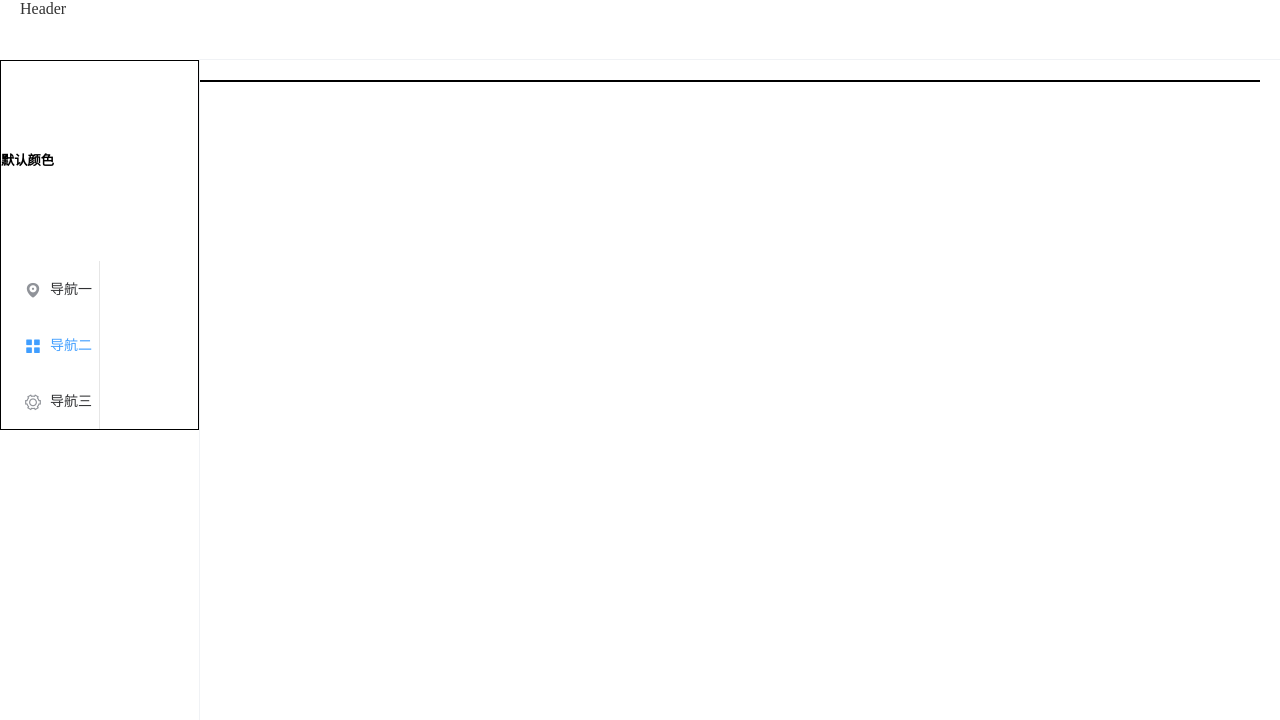
Repository: noob-injoker/router-slots-cw-ee
Page: /
The author's editor kept a copy of each file at every save. The page is drawn from the files as they stood at one save, then again after the next save.
The browser window is 1280 px wide. The pictures show the whole page.
The project was rebuilt for these pictures with package versions that can differ from the ones it lists, and the page was loaded fresh each time. Also part of the build but not shown: vue.config.js, src/views/Home.vue.

Above is the page before, as saved 2020-08-30 07:48:24.

### src/main.js
import Vue from 'vue'
import App from './App.vue'
import router from './router'
import store from './store'
import './bus'
import ElementUI from 'element-ui'
import 'element-ui/lib/theme-chalk/index.css'

Vue.use(ElementUI)

Vue.config.productionTip = false

new Vue({
  router,
  store,
  render: h => h(App)
}).$mount('#app')

### src/App.vue
<template>
<div id="app">

  <router-view />

</div>
</template>

<style>
@import './styles/styles.scss';
@import './styles/common.scss';
</style>

### src/router/index.js
import Vue from 'vue'
import VueRouter from 'vue-router'
import Home from '../views/Home.vue'
import Layout from '../views/Layout.vue'

Vue.use(VueRouter)

  const routes = [
    {
      path: '/',
      name: 'Layout',
      component: Layout,
      children: [

        {
          path: 'Home',
          name: 'Home',
          component: Home
        }
        // ,
        // {
        //   path: 'cata',
        //   name: 'cata',
        //   component: () => import('../views/cata.vue')
        // }
      ]

    },
    {
      path:'/Login',
      name:"Login",
      component: () => import('../views/Login.vue'),
      meta:{
        title:'登录'
      }
    },
  // ,
  // {
  //   path: '/about',
  //   name: 'About',
  //   // route level code-splitting
  //   // this generates a separate chunk (about.[hash].js) for this route
  //   // which is lazy-loaded when the route is visited.
  //   component: () => import(/* webpackChunkName: "about" */ '../views/About.vue')
  // }

]

const router = new VueRouter({
  mode: 'history',
  base: process.env.BASE_URL,
  routes
})

export default router

### src/store/index.js
import Vue from 'vue'
import Vuex from 'vuex'
import user from './user/user'

Vue.use(Vuex)

export default new Vuex.Store({
  state: {
    some:""
  },
  mutations: {
    setSome(state,data){
      state.some = data
    }
  },
  actions: {
  },
  modules: {
    user
  }
})

### src/bus/index.js
import Vue from 'vue'
const bus = new Vue()
Vue.prototype.$bus = bus

### src/styles/styles.scss
.username .el-form-item__label,.password .el-form-item__label{
    text-align: left;
}
.button-box .el-button--primary{
    width: 160px;
}

### src/styles/common.scss
*{
  margin: 0px;
  padding: 0px;
}

.df{
  display: flex;
}
.f-1{
  flex: 1;
}
.j-center{
  display: flex;
  justify-content: center;

}
.j-bettween{
  display: flex;
  justify-content: space-between;

}
.j-around{
  display: flex;
  justify-content: space-around;
}
.j-end{
  display: flex;
  justify-content: flex-end;
}
.a-center{
  align-items: center;
}
.f-column{
  display: flex;
  flex-direction: column;
}
.p-r{
  position: relative;
}
.p-a{
  position: absolute;
}

.r1{
  border: 1px solid red;
}
.y1{
  border: 1px solid yellow;
}
.b1{
  border: 1px solid black;
}

.l-height32{
  line-height: 32px;
}
.w100{

  width: 100%;

}
.t-center{
  text-align: center;

}
.f12{
  font-size: 12px;
}

.w1170{
  width: 1170px;
}
.h100{
  height: 100px;
}
.h70{
  height: 70px;
}
.h436{
  height: 436px;
}
.h350{
  height: 350px;
}
.w1070{
  width: 1070px;
}
.h1590{
  height: 1590px;
}
.h726{
  height: 726px;
}
.w1054{
  width: 1054px;
}
.h160{
  height: 160px;
}
.w732{
  width: 732px;
}
.b2{
  border: 2px solid black;
}
.h434{
  height: 434px;

}
.h600{
  height: 600px;
}
.w1078{
  width: 1078px;
}
.h362{
  height: 362px;
}
.fs16{
  font-size: 16px;
}
.w652{
  width: 652px;

}
.h82{
  height: 82px;
}
.w1064{
  width: 1064px;
}
.h352{
  height: 352px;
}
.w286{
  width: 286px;
}
.h22{
  height: 22px;
}
.w290{
  width: 290px;
}
.h330{
  height: 330px;
}
.mt40{
  margin-top: 40px;
}
.h724{
  height: 724px;
}
.h630{
  height: 630px;

}
.w1058{
  width: 1058px;
}
.h160{
  height: 160px;
}
.w290{
  width: 290px;
}
.w738{
  width: 738px;
}
.w1170{
  width: 1170;
}
.h468{
  height: 468px;
}
.mt20{
  margin-top: 20px;
}
.h318{
  height: 318px;
}
.w652{
  width: 652px;
}
.w370{
  width: 370px;
}
.h314{
  height: 314px;
}
.g1{
  border: 1px solid gray;
}
.w146{
  width: 146px;
}
.box_content3_pic img{
  width: 100%;
  height: 100%;
}
.w488{
  width: 488px;
}
.h420{
  height: 420px;
}
.h234{
  height: 234px;
}
.w950{
  width: 950px;
}
.h68{
  height: 68px;
}
.w124{
  width: 124px;
}
.h50{
  height: 50px;
}
.w190{
  width: 190px;
}
.h44{
  height: 44px;
}
.w184{
  width: 184px;
}
.h32{
  height: 32px;
}
.h400{
  height: 400px;
}
.w1200{
  width: 1200px;
}
.w950{
  width: 950px;

}
.h630{
  height: 630px;
}
.h188{
  height: 188px;
}
.h380{
  height: 380px;
}
.h335{
  height: 335px;
}
.h138{
  height: 138px;
}
.w238{
  width: 238px;
}
.h668{
  height: 668px;
}
.h446{
  height: 446px;
}
.w460{
  width: 460px;
}
.w140{
  width: 140px;
}
.h140{
  height: 140px;
}
.w320{
  width: 320px;
}
.w950{
  width: 950px;

}
.h498{
  height: 498px;
}
.h100{
  height: 100px;
}
.h398{
  height: 398px;
}
.mb10{
  margin-bottom: 10px;
}
.w358{
  width: 358px;
}
.w440{
  width: 440px;
}
.w119{
  width: 119px;
}
.h30{
  height: 30px;
}
.w59{
  width: 59px;
}
.h88{
  height: 88px;
}
.w1000{
  width: 1000px;
}
.height{
  height: 460px;
}
.w120{
  width: 120px;
}
.h70{
  height: 70px;
}
.fs12{
  font-size: 12px;
}
.fs14{
  font-size: 14px;
}
.h509{
  height: 509px;
}
.w644{
  width: 644px;
}
.w274{
  width: 274px;
}
.w162{
  width: 274px;
}
.h104{
  height: 104px;
}
.w450{
  width: 450px;
}
.w162{
  width: 162px;
}
.h38{
  height: 38px;
}
.h40{
  height: 40px;
}
.w276{
  width: 276px;
}
.h320{
  height: 320px;
}
.w274{
  width: 274px;

}
.h76{
  height: 76px;
}
.h84{
  height: 84px;
}
.h140{
  height: 140px;
}
.h72{
  height: 72px;
}
.h80{
  height: 80px;
}
.h140{
  height: 140px;
}
.w98{
  width: 98px;
}
.w172{
  width: 172px;
}
.h310{
  height: 310px;
}
.h150{
  height: 150px;
}
.h40{
  height: 40px;
}
.pr{
  position: relative;
}
.pa{
  position: absolute;
}
.h176{
  height: 176px;
}
.w920{
  width: 920px;
}
.h122{
  height: 122px;
}
.h145{
  height: 145px;
}
.h108{
  height: 108px;
}
.h48{
  height: 48px;
}
.w612{
  width: 612px;
}
.h36{
  height: 36px;
}
.w322{
  width: 322px;
}
.w1002{
  width: 1002px;
}
.h98{
  height: 98px;
}
.h44{
  height: 44px;
}

.h328{
  height: 328px;
}
.w670{
  width: 670px;
}
.w258{
  width: 258px;
}
.h368{
  height: 368px;
}
.h308{
  height: 308px;
}
.w332{
  width: 332px;
}
.h590{
  height: 590px;
}
.h466{
  height: 466px;
}
.w242{
  width: 242px;
}
.w732{
  width: 732px;
}
.h42{
  height: 42px;
}
.w420{
  width: 420px;
}
.w270{
  width: 270px;
}
.w730{
  width: 730px;
}
.h150{
  height: 150px;
}
.w270{
  width: 270px;
}
.h120{
  height: 120px;
}
.w420{
  width: 420px;
}

.h150{
  height: 150px;
}
.w244{
  width: 244px;

}
.h276{
  height: 276px;
}
.h42{
  height: 42px;
}
.h490{
  height: 490px;
}
.f1{
  flex: 1;
}
.f5{
  flex: 5;
}
.h64{
  height: 64px;
}
.m-l-20{
  margin-left: 20px;
}
.p-l-8{

  padding-left: 8px;
}
.cw{
  color: white;
}
.bg_blue{
  background: rgb(87, 87, 128);
}
.p10{
  padding:10px;
}
.m-t-40{
  margin-top: 40px;
}
.m-t-10{
  margin-top: 10px;
}
.wb20{
  width: 20%;
}
.wb24{
  width: 24%;
}
.hb30{
  height: 30%;
}
.h60{
  height: 60px;
}
.fs22{
  font-size: 40px;
}
.h50{
  height: 50px;
}
.w200{
  width: 200px;
}
.m-t-10{
  margin-top: 10px;
}
.fw7{
  font-weight: 700;
}
.w200{
  width: 200px;
}
.h200{
  height: 200px;
}
.h602{
  height: 602px;
}
.h608{
  height: 607px;
}
.m-l-r-20{
  margin-left: 20px;
  margin-right: 20px;
}
.bgwhite{
  background: white;
}
.fixed{
  position: fixed;
}
.m-l-r-15{
  margin-left: 15px;
  margin-right: 15px;
}
.m-l-10{
  margin-left: 10px;
}
.m-t-15{
  margin-top:15px
}
.h40{
  height: 40px;
}
.bgw{
  background: white;
}
.h30{
  height: 30px;
}
.wb100{
  width: 100%;
}
.w300{
  width: 400px;
}
.h40{
  height: 40px;
}
.m-b-20{
  margin-bottom: 20px;
}
.m-t-20{
  margin-top: 20px;
}
.m-r-30{
  margin-right:30px;
}
.ccc{
  display: flex;
  align-items: center;
  justify-content: center;
}
.w00{
  width: 100%;

}
.h00{
  height: 100%;
}
.bgBlue{
  background: blue;
}
.bgBlack{
  background: black;
}
.bgGreen{
  background: green;
}

### src/views/Layout.vue
<template>
<div>
  <el-container>

    <el-header>Header</el-header>

    <el-container>
      <el-aside width="200px">
        <div class="b1">
          <asideNav></asideNav>
        </div>
      </el-aside>

      <el-main>
        <div class="b1">
          <router-view></router-view>
        </div>
      </el-main>

    </el-container>

  </el-container>
</div>
</template>

<script>
import asideNav from "../components/aside/asideNav";
export default {
  name: "Layout",
  props: {},
  components: {
    asideNav,
  },
  data() {
    return {};
  },
  methods: {},
  mounted() {},
  watch: {},
  computed: {},
};
</script>

<style lang="scss" scoped>
.el-header {
  background-color: white;
  color: #333;

  border-bottom: 1px solid #f0f2f5;
}

.el-aside {
  border-right: 1px solid #f0f2f5;
  background-color: white;

  line-height: 200px;
  border-top: 1px solid white;
  position: fixed;
  top: 59px;
  left: 0;
  bottom: 0;
}

.el-main {
  background-color: white;

  line-height: 160px;
}

body>.el-container {
  margin-bottom: 40px;
}
</style>

### src/store/user/user.js
import api from '../../http/api'
import router from '../../router'
import {Message} from 'element-ui'

export default {
  // 开启命名空间 这个文件就是单独的一个vuex的模块
  namespaced: true,
  state: {
    menus: []
  },
  mutations: {
    setMenus(state, data) {
      state.menus = data
    }
  },
  actions: {
    // 所有的请求都写在actions里面
    // action里面的方法可以传两个参数 第一个参数是整个store(vuex对象) 第二个参数是请求的参数
    async getMenus({commit}) {
      let res = await api.getMenus()
      if (res.meta.status === 200) {
        // 提交mutation
        commit('setMenus', res.data)
      }
    },
    async login({commit}, {username, password}) {
      console.log(commit);
      let res = await api.login({
        username,
        password
      })
      if (res.meta.status === 200) {
        // 存储信息
        localStorage.setItem('adminToken', res.data.token)
        localStorage.setItem('adminUser', JSON.stringify(res.data))
        // 跳转路由
        router.push('/Home')
        // 提示用户
        Message.success('登录成功')
      } else {
        Message.error(res.meta.msg)
      }
    }
    // getMenus() {
    //   api.getMenus().then().catch()
    // }
  },
}

### src/components/aside/asideNav.vue
<template>
<div>
  <el-row class="tac">
    <el-col :span="12">
      <h5>默认颜色</h5>
      <el-menu default-active="2" class="el-menu-vertical-demo" @open="handleOpen" @close="handleClose">
        <el-submenu index="1">
          <template slot="title">
            <i class="el-icon-location"></i>
            <span>导航一</span>
          </template>
          <el-menu-item-group>
            <template slot="title">分组一</template>
            <el-menu-item index="1-1">选项1</el-menu-item>
            <el-menu-item index="1-2">选项2</el-menu-item>
          </el-menu-item-group>
          <el-menu-item-group title="分组2">
            <el-menu-item index="1-3">选项3</el-menu-item>
          </el-menu-item-group>
          <el-submenu index="1-4">
            <template slot="title">选项4</template>
            <el-menu-item index="1-4-1">选项1</el-menu-item>
          </el-submenu>
        </el-submenu>
        <el-menu-item index="2">
          <i class="el-icon-menu"></i>
          <span slot="title">导航二</span>
        </el-menu-item>
        <el-menu-item index="3">
          <i class="el-icon-setting"></i>
          <span slot="title">导航三</span>
        </el-menu-item>
      </el-menu>
    </el-col>

  </el-row>

</div>
</template>

<script>
export default {
  name: '',
  props: {},
  components: {

  },
  data() {
    return {

    }
  },
  methods: {

  },
  mounted() {

  },
  watch: {

  },
  computed: {

  }
}
</script>

<style scoped lang='scss'>

</style>

### src/http/api.js
import service from './index'

export default {
  login({username, password}) {
    return service.post('/login', {
      username,
      password
    })
  },
  getMenus() {
    return service.get('menus')
  }
}

### src/http/index.js
import axios from 'axios'
import nprogress from 'nprogress'
import {Message} from 'element-ui'


// 运行环境: 本地环境:devlpment 和线上(生产)环境: production
const isPro = process.env.NODE_ENV === 'production'

// 创建一个axios的实例
const service = axios.create({
  // 基础路径: 需要根据当前的运行环境来判断
  baseURL: isPro ? '线上的接口路径' : '/api',
  // 超时时间
  timeout: 100000
})


// 请求拦截: 每一次发请求都会做的事情
service.interceptors.request.use((config) => {
  nprogress.start()
  // 前后端鉴权
  // jwt: JSON WEB TOKEN
  // 登录成功之后 后端会返回一个令牌
  let token = localStorage.getItem('adminToken')
  if (token) {
    // 需要在请求头当中添加token
    config.headers['Authorization'] = token
  }
  return config
}, err => {
  nprogress.done()
  return Promise.reject(err)
})


// 响应拦截: 每一次接口返回数据的时候都会做的事情
service.interceptors.response.use((res) => {
  nprogress.done()
  return res.data
}, err => {
  if (err.response && err.response.status) {
    // 错误请求的状态码
    let status = err.response.status
    if (status === 400) {
      Message.error('参数错误')
    }
    if (status === 401) {
      Message.error('登录过期,请重新登录')
    }
    if (status === 403) {
      Message.error('没有权限')
    }
    if (status === 404) {
      Message.error('接口路径错误')
    }
    if (status === 500) {
      Message.error('服务器出错')
    }
    if (status === 503) {
      Message.error('服务器在维护')
    }
  }
  return Promise.reject(err)
})


export default service

Loaded but not shown: public/index.html (common file)

After the next save:
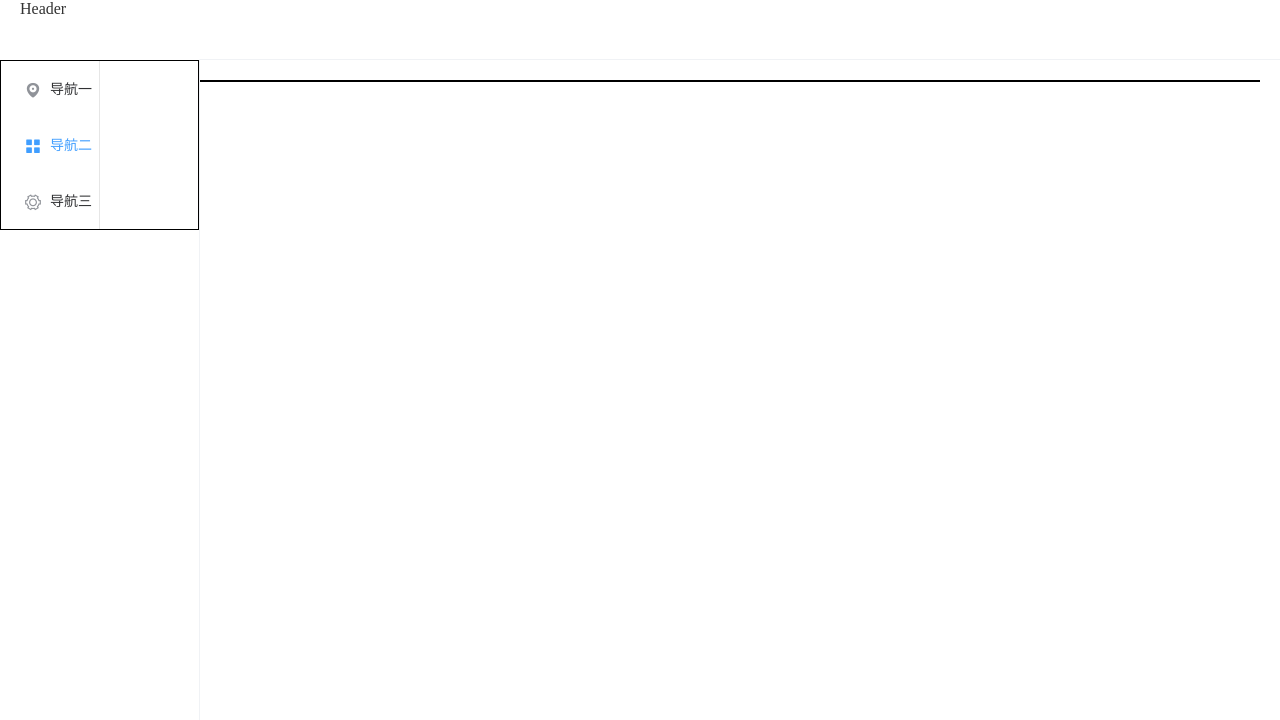
Saved 53 s later.
--- a/src/components/aside/asideNav.vue
+++ b/src/components/aside/asideNav.vue
@@ -2,7 +2,7 @@
 <div>
   <el-row class="tac">
     <el-col :span="12">
-      <h5>默认颜色</h5>
+
       <el-menu default-active="2" class="el-menu-vertical-demo" @open="handleOpen" @close="handleClose">
         <el-submenu index="1">
           <template slot="title">
